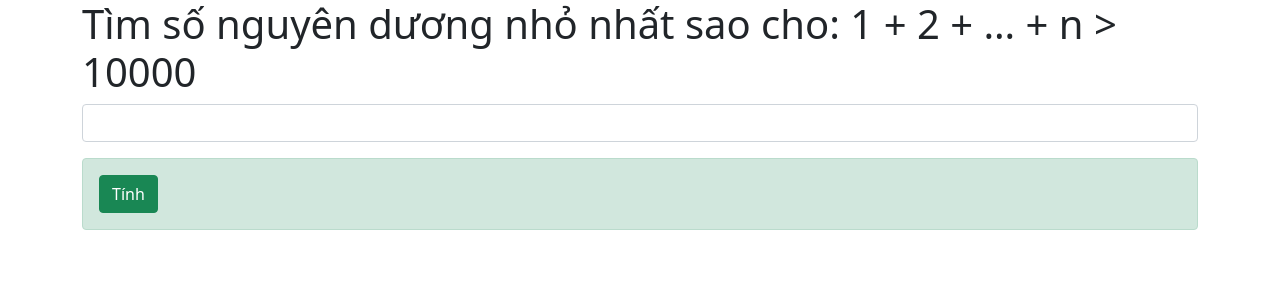
Repository: qkhanh1104k/Js-buoi6_vonglap
Page: index.html
The author's editor kept a copy of each file at every save. The page is drawn from the files as they stood at one save, then again after the next save.
The browser window is 1280 px wide. The pictures show the whole page.

Above is the page before, as saved 2022-07-21 12:17:18.

### index.html
<!DOCTYPE html>
<html lang="en">
  <head>
    <meta charset="UTF-8" />
    <meta http-equiv="X-UA-Compatible" content="IE=edge" />
    <meta name="viewport" content="width=device-width, initial-scale=1.0" />
    <title>Document</title>
    <link
      href="https://cdn.jsdelivr.net/npm/bootstrap@5.1.3/dist/css/bootstrap.min.css"
      rel="stylesheet"
      integrity="sha384-1BmE4kWBq78iYhFldvKuhfTAU6auU8tT94WrHftjDbrCEXSU1oBoqyl2QvZ6jIW3"
      crossorigin="anonymous"
    />
  </head>
  <body>
    <div class="container">
      <h1>Tìm số nguyên dương nhỏ nhất sao cho: 1 + 2 + … + n > 10000</h1>
      <div>
        <input type="text" id="txtNum" class="form-control mb-3" />
        <div class="alert alert-success" id="resultBt1">
          <button class="btn btn-success" onclick="demoWhile()">Tính</button>
        </div>
      </div>
    </div>
    <script src="./index.js"></script>
  </body>
</html>

### index.js
function demoWhile(){
    var max = 1000;
    var i = 0;
    var total = 0;
    do{
        i++
        total += i;
    }while(total < 1000);
    document.getElementById("resultBt1").innerHTML= i;
}

After the next save:
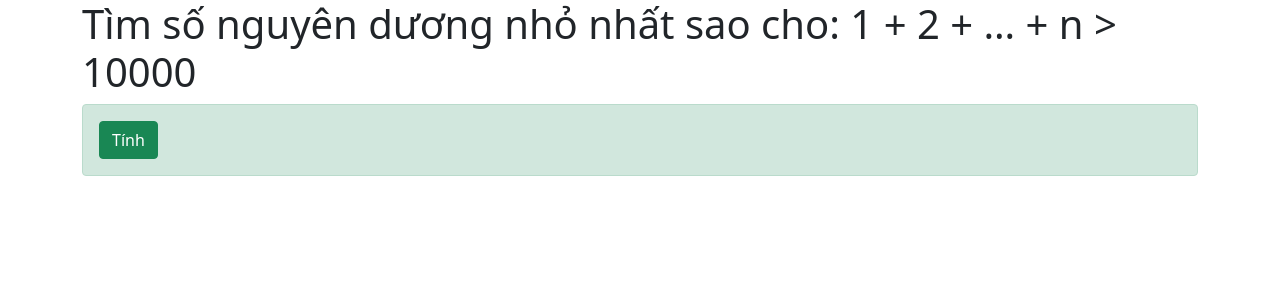
Saved 25 s later.
--- a/index.html
+++ b/index.html
@@ -16,7 +16,6 @@
     <div class="container">
       <h1>Tìm số nguyên dương nhỏ nhất sao cho: 1 + 2 + … + n > 10000</h1>
       <div>
-        <input type="text" id="txtNum" class="form-control mb-3" />
         <div class="alert alert-success" id="resultBt1">
           <button class="btn btn-success" onclick="demoWhile()">Tính</button>
         </div>
